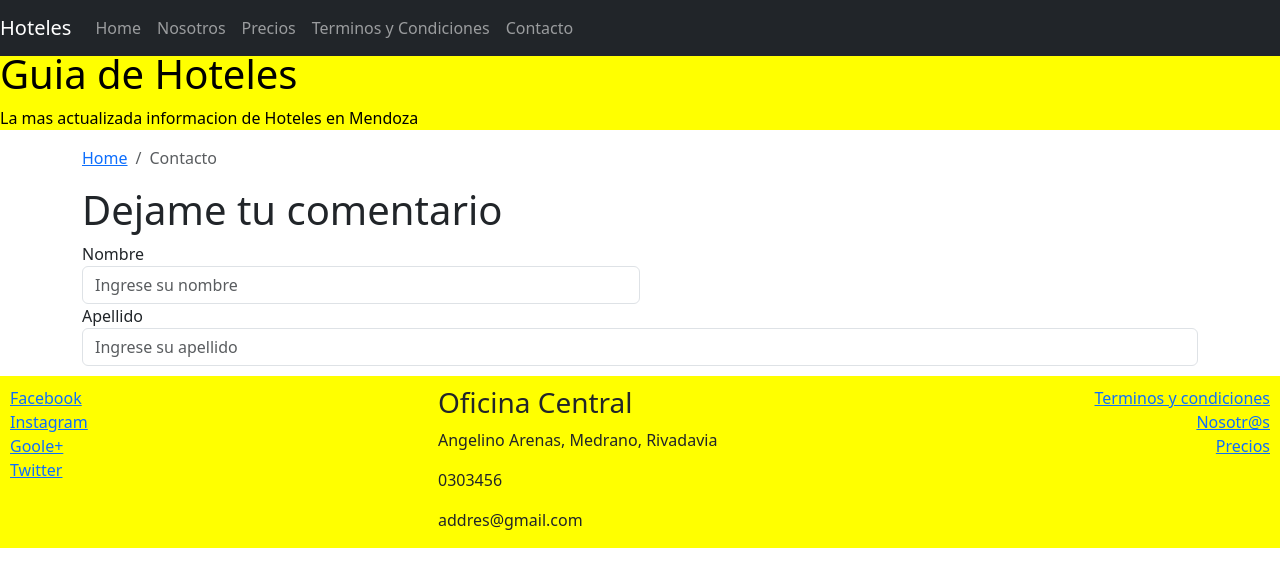
Repository: JulianMoralesSantoni/PaginaHoteles
Page: contacto.html
An editor plug-in stored every save of this project. The page is shown before and after the next save, followed by the edit.
The browser window is 1280 px wide. The page is 1282 px wide, so the pictures cover 1282 px, including what lies to the right of the window. The pictures show the whole page.
Some web libraries are served in a nearby version.

Above is the page before, as saved 2021-03-28 18:19:45.

### contacto.html
<!doctype html>
<html lang="en">
  <head>
    <!-- Required meta tags -->
    <meta charset="utf-8">
    <meta name="viewport" content="width=device-width, initial-scale=1, shrink-to-fit=no">

    <!-- Bootstrap CSS -->
    <link rel="stylesheet" href="node_modules/bootstrap/dist/css/bootstrap.min.css" >
    <link rel="stylesheet" href="css/main.css" >

    <title>Guia de Hoteles</title>
  </head>
  <body>
    <nav class="navbar navbar-expand-md navbar-dark bg-dark fixed-top" >
      <a class="navbar-brand" href="#">Hoteles</a>
      <button class="navbar-toggler" type="button" data-toggle="collapse" data-target="#navbarNav" aria-controls="navbarNav" aria-expanded="false" aria-label="Toggle navigation">
        <span class="navbar-toggler-icon"></span>
      </button>
      <div class="collapse navbar-collapse" id="navbarNav">
        <ul class="navbar-nav">
          <li class="nav-item">
            <a class="nav-link" href="./index.html">Home </a>
          </li>
          <li class="nav-item">
            <a class="nav-link" href="./about.html">Nosotros</a>
          </li>
          <li class="nav-item">
            <a class="nav-link" href="#">Precios</a>
          </li>
          <li class="nav-item">
            <a class="nav-link" href="#">Terminos y Condiciones</a>
          </li>
          <li class="nav-item active">
            <a class="nav-link" href="./contacto.html">Contacto</a>
          </li>

        </ul>
      </div>
    </nav>
    <div class="jumbotron">
      <h1>Guia de Hoteles</h1>

      <p>La mas actualizada informacion de Hoteles en Mendoza</p>
    </div>

    <div class="container">
      <nav aria-label="breadcrumb">
        <ol class="breadcrumb">
          <li class="breadcrumb-item"><a href="./index.html">Home</a></li>
          <li class="breadcrumb-item active" aria-current="page">Contacto</li>
        </ol>
      </nav>
      <h1>Dejame tu comentario</h1>
      <form>
        <div class="form-row">
          <div class="form-group col-sm-6">
            <label for="nombre">Nombre</label>
            <input type="text" class="form-control" id="nombre" placeholder="Ingrese su nombre">

          </div>
          <div class="form-group col-sm-6"></div>
          <label for="apellido">Apellido</label>
            <input type="text" class="form-control" id="apellido" placeholder="Ingrese su apellido">
        </div>

      </form>

  </div>

 <footer>
   <div class="row">
     <div class="col-sm-4 d-flex flex-column ">
      <a href="http:www.facebook.com">Facebook</a>
      <a href="http:www.instagram">Instagram</a>
      <a href="http:www.google.com">Goole+</a>
      <a href="http:www.Twitter.com">Twitter</a>
     </div>
   <div class="col-sm-4">
    <address>
      <h3>Oficina Central</h3>
      <p>Angelino Arenas, Medrano, Rivadavia</p>
      <p>0303456</p>
      <p>addres@gmail.com</p>


    </address>
  </div>
  <div class="col-sm-4 d-flex flex-column align-items-end">
     <a href="http:www.facebook.com">Terminos y condiciones</a>
      <a href="http:www.instagram">Nosotr@s</a>
      <a href="http:www.google.com">Precios</a>



  </div>


 </footer>


    <!-- Optional JavaScript -->
    <!-- jQuery first, then Popper.js, then Bootstrap JS -->
 <!--<script src="node_modules/jquery/dist/jquery.min.js" integrity="sha384-DfXdz2htPH0lsSSs5nCTpuj/zy4C+OGpamoFVy38MVBnE+IbbVYUew+OrCXaRkfj" crossorigin="anonymous"></script>
    <script src="node_modules/popper.js/dist/popper.min.js" integrity="sha384-9/reFTGAW83EW2RDu2S0VKaIzap3H66lZH81PoYlFhbGU+6BZp6G7niu735Sk7lN" crossorigin="anonymous"></script>
    <script src="node_modules/bootstrap/dist/js/bootstrap.min.js" integrity="sha384-B4gt1jrGC7Jh4AgTPSdUtOBvfO8shuf57BaghqFfPlYxofvL8/KUEfYiJOMMV+rV" crossorigin="anonymous"></script> -->
    <script src="https://code.jquery.com/jquery-3.5.1.slim.min.js" integrity="sha384-DfXdz2htPH0lsSSs5nCTpuj/zy4C+OGpamoFVy38MVBnE+IbbVYUew+OrCXaRkfj" crossorigin="anonymous"></script>
<script src="https://cdn.jsdelivr.net/npm/bootstrap@4.5.3/dist/js/bootstrap.bundle.min.js" integrity="sha384-ho+j7jyWK8fNQe+A12Hb8AhRq26LrZ/JpcUGGOn+Y7RsweNrtN/tE3MoK7ZeZDyx" crossorigin="anonymous"></script>
  </body>
</html>

### css/main.css
.jumbotron{

	background-color: yellow;
	color:black;
	margin-top: 50px;

}


footer{
	padding: 10px 10px 0 10px;
	background-color: yellow;

	margin-bottom: : 0px;
	margin-top: 10px;

}
.card-hotel{
	flex: 1 150px;
	padding: 2px 5px 2px 5px;

}
.btn-reserva{
	width: 100%;
	position: all;


}
.footer-address-icon{

	padding-right: 20px;
}

After the next save:
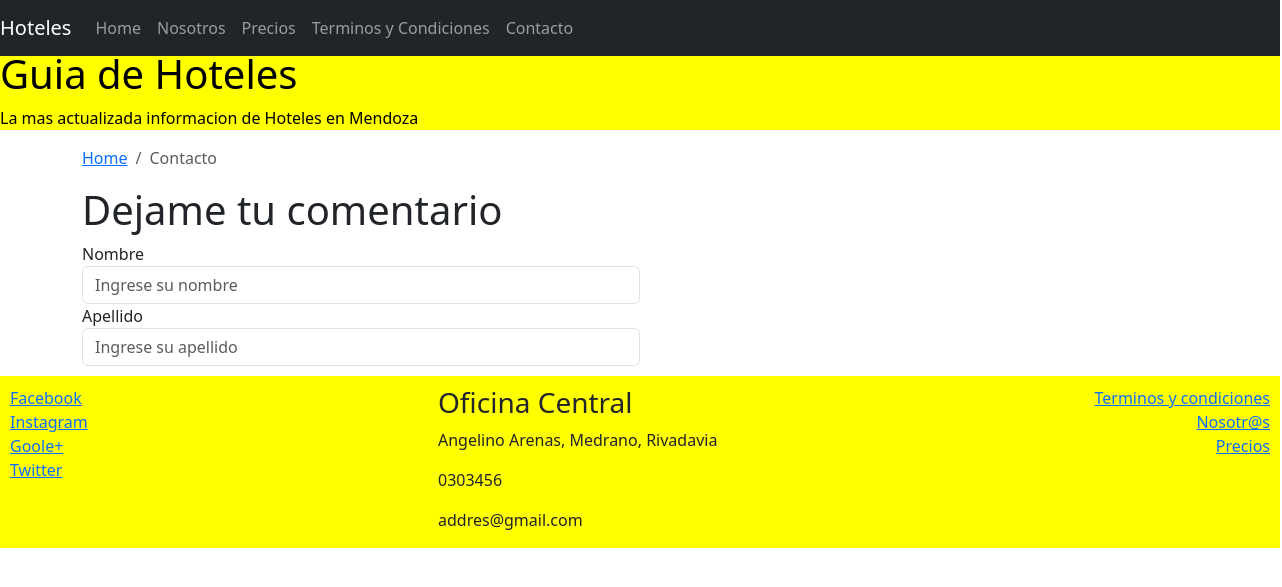
Saved 42 s later.
--- a/contacto.html
+++ b/contacto.html
@@ -59,9 +59,11 @@
             <input type="text" class="form-control" id="nombre" placeholder="Ingrese su nombre">
 
           </div>
-          <div class="form-group col-sm-6"></div>
-          <label for="apellido">Apellido</label>
+          <div class="form-group col-sm-6">
+            <label for="apellido">Apellido</label>
             <input type="text" class="form-control" id="apellido" placeholder="Ingrese su apellido">
+          </div>
+
         </div>
 
       </form>
